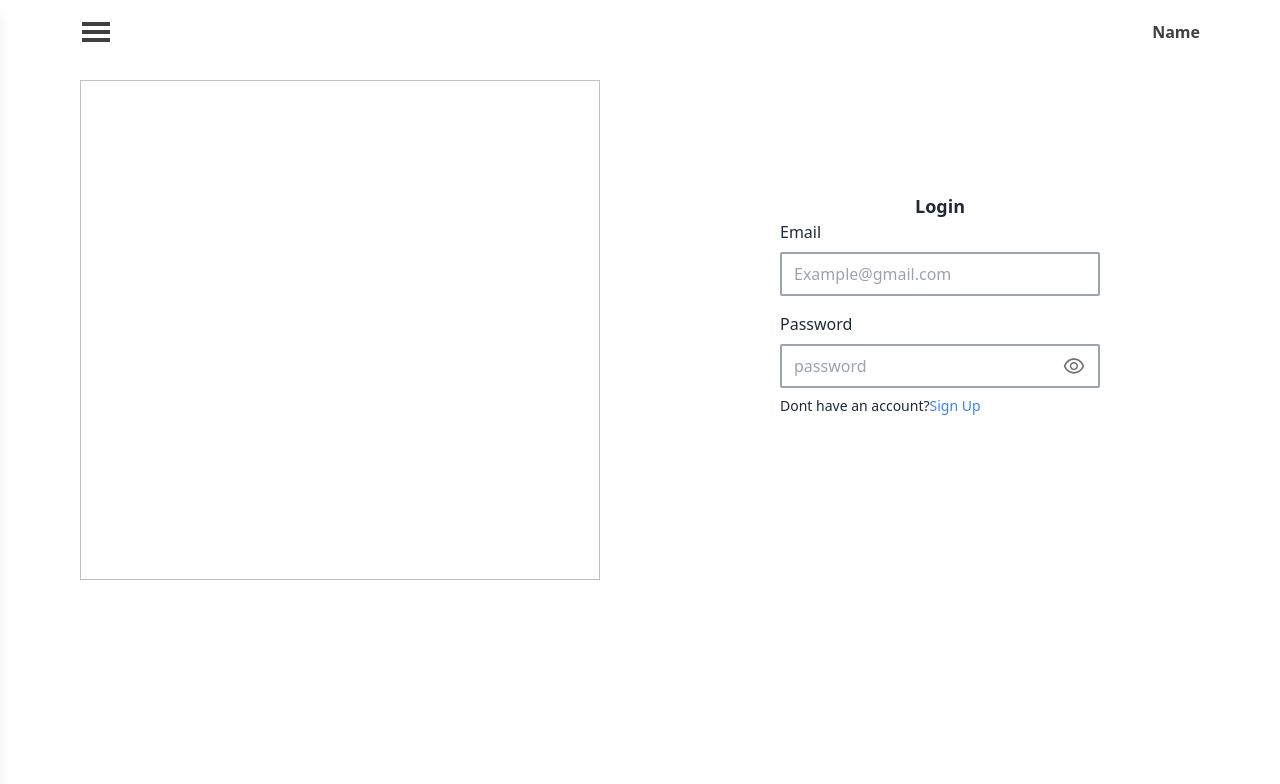
Repository: Sanaa00/HI-user
Page: /
These files come from the project's save history. The page is drawn as it stood at one moment and after the next save; the edit follows.
The browser window is 1280 px wide. The pictures show the whole page.
The project was rebuilt for these pictures with package versions that can differ from the ones it lists, and the page was loaded fresh each time. Also part of the build but not shown: vite.config.js, src/App.css, src/Pages/Home.jsx, src/Pages/Prescription.jsx, src/Components/modalComponent.jsx, src/Pages/Laboratory.jsx, src/Pages/Radiographic.jsx.

Above is the page before, as saved 2024-01-11 17:00:41.

### src/main.jsx
import React from 'react';
import ReactDOM from 'react-dom/client';
import App from './App.jsx';
import './index.css';
import Modal from 'react-modal';
import { BrowserRouter } from 'react-router-dom';
Modal.setAppElement('#root');
ReactDOM.createRoot(document.getElementById('root')).render(
  <React.StrictMode>
    <BrowserRouter>
      {/* <Provider store={store}> */}
      <App />
      {/* </Provider>{' '} */}
    </BrowserRouter>
  </React.StrictMode>,
);

### src/App.jsx
import { Route, Routes } from 'react-router-dom';
import './App.css';
import Home from './Pages/Home';
// import Test from './Pages/Test';
import Navbar from './Components/Navbar';
import Prescription from './Pages/Prescription';
import Laboratory from './Pages/Laboratory';
import Radiographic from './Pages/Radiographic';
import ModalComponent from './Components/modalComponent';
import Login from './Pages/Login';

function App() {
  return (
    <>
      <Navbar />
      <Routes>
        <Route path="/home" element={<Home />} />
        <Route path="/laboratory" element={<Laboratory />}>
          <Route path=":id" element={<ModalComponent />} />
        </Route>
        <Route path="/Radiographic" element={<Radiographic />} />
        <Route path="/Prescription" element={<Prescription />} />
        <Route path="/" element={<Login />} />
        {/* <Route path="products" element={<Products />} />
          <Route path="setting" element={<Setting />} />
          <Route path="hide" element={<HideProducts />} /> */}
        {/* </Route> */}
      </Routes>
    </>
  );
}

export default App;

### src/Components/Navbar.jsx
import { useState } from 'react';
import { Link, NavLink } from 'react-router-dom';
import { GiHamburgerMenu } from 'react-icons/gi';
import { IoCloseSharp } from 'react-icons/io5';
function Navbar() {
  const [open, setOpen] = useState(false);
  return (
    <div className="flex text-neutral-700 top-0 z-50 fixed px-4 sm:px-10 md:px-20 justify-between items-center bg-white h-16 w-full">
      <div
        className={` flex justify-between hover:bg-opacity-80 duration-500 hover:duration-500 items-center w-full h-full text-lg font-bold`}
      >
        <button onClick={() => setOpen(!open)} className="">
          <GiHamburgerMenu className="w-8 h-8" />
        </button>{' '}
        <div
          className={` bg-white rounded-sm  flex flex-col fixed w-4/5 lg:w-96 top-0 z-40 left-0 shadow-lg transform duration-500 ease-in-out ${
            open ? 'translate-x-0' : '-translate-x-full'
          }`}
        >
          <button
            onClick={() => setOpen(!open)}
            className="mt-3 mb-2 left-0 px-3 flex h-16"
          >
            <IoCloseSharp className="w-9 h-9" />
          </button>

          <div className="w-full h-screen flex flex-col text-orange p-4">
            <Link to="/home" onClick={() => setOpen(!open)} className="pb-3">
              Person Information
            </Link>
            <Link
              to="/Radiographic"
              onClick={() => setOpen(!open)}
              className="py-3"
            >
              Radiographic examination
            </Link>
            <Link
              to="/laboratory"
              onClick={() => setOpen(!open)}
              className="py-3"
            >
              Laboratory examination
            </Link>
            <Link
              to="/Prescription"
              onClick={() => setOpen(!open)}
              className="py-3"
            >
              Prescription
            </Link>
          </div>
        </div>
      </div>
      <NavLink to="/home" className="ml-2 font-bold">
        Name
      </NavLink>
    </div>
  );
}

export default Navbar;

### src/Pages/Login.jsx
import { Link, NavLink } from 'react-router-dom';
// import { useLoginMutation } from '../../app/api/auth';
// import { useEffect } from 'react';
import * as Yup from 'yup';
import { Formik, Form, useFormik } from 'formik';
import InputField from '../Components/InputField';
import { useState } from 'react';
// import {
//   // useDispatch,
//   useSelector,
// } from 'react-redux';
// import { addUser } from '../../app/api/userSlice';
import { AiOutlineEyeInvisible, AiOutlineEye } from 'react-icons/ai';
// import '../../../src/index.css';
function Login() {
  //   const [login, { data, isError, isLoading, isSuccess }] = useLoginMutation();
  //   const [thereUSer, setThereUser] = useState('');
  const [showPassword, setShowPassword] = useState(false);
  //   const language = useSelector((state) => state.language.language);
  //   const dispatch = useDispatch();
  const formik = useFormik({
    initialValues: {
      email: '',
      password: '',
    },
    onSubmit: (values, { resetForm }) => {
      //  login(values);

      resetForm({ values: '' });
    },
    validationSchema: Yup.object({
      email: Yup.string().email().required(),
      password: Yup.string().required(),
    }),
  });

  return (
    <div className="mt-16 p-4 sm:px-10 md:px-20  grid  md:grid-cols-2 items-start gap-20  min-h-screen">
      <div className=" justify-center  sm:flex">
        <img
          // src={login}
          className="w-full h-72 sm:h-96 md:h-[500px] object-contain md:object-cover"
        />
      </div>
      <Formik>
        <div className="w-full flex  flex-col items-center justify-center md:mt-28 mt-32 sm:mt-0">
          <p className="font-semibold text-lg text-gray-800 ">Login</p>
          <Form
            onSubmit={formik.handleSubmit}
            className="grid grid-cols-1 mb-10 w-full lg:w-fit"
          >
            <div className="flex flex-col ">
              <label className={` text-gray-800 flex font-english`}>
                Email
              </label>
              <InputField
                name="email"
                placeholder={`Example@gmail.com`}
                id="email"
                value={formik.values.email}
                onBlur={formik.handleBlur}
                onChange={formik.handleChange}
                //  style={language === 'kurdi' ? { textAlign: 'right' } : {}}
              />
              {formik.touched.email && formik.errors.email ? (
                <span className="text-red-400 text-sm">
                  {formik.errors.email}
                </span>
              ) : null}
            </div>

            <div className="mt-4 flex flex-col">
              <label className={`text-gray-800 flex w-full font-english`}>
                Password
              </label>
              <div
                className={`+ w-full lg:w-80 2xl:w-96  pl-3 border-2 rounded-sm border-gray-400 focus:outline-none focus:border-green
      mt-2 px-1 py-2 hover:border-gray-600 duration-500 hover:duration-500  focus:duration-500 flex justify-between items-center`}
              >
                <input
                  type={!showPassword ? 'password' : 'text'}
                  name="password"
                  placeholder={'password'}
                  id="password"
                  value={formik.values.password}
                  onBlur={formik.handleBlur}
                  onChange={formik.handleChange}
                  //    style={language === 'kurdi' ? { textAlign: 'right' } : {}}
                  className="focus:outline-none w-full flex"
                />
                {showPassword ? (
                  <button
                    type="button"
                    className="mr-2"
                    onClick={() => setShowPassword(false)}
                  >
                    <AiOutlineEyeInvisible className="w-6 h-6 text-neutral-500" />
                  </button>
                ) : (
                  <button
                    type="button"
                    className="mr-2"
                    onClick={() => setShowPassword(true)}
                  >
                    <AiOutlineEye className="w-6 h-6 text-neutral-500" />
                  </button>
                )}
              </div>

              {formik.touched.password && formik.errors.password ? (
                <div className="text-red-400 text-sm ">
                  {formik.errors.password}
                </div>
              ) : null}
            </div>

            <p className={` text-gray-800 flex w-full text-sm mt-2`}>
              Dont have an account?
              <Link to="/signup" className="text-blue-500 ">
                Sign Up
              </Link>
            </p>
            <div className="mt-5">
              <NavLink
                to="/home"
                type="submit"
                //  disabled={isLoading}
                className="text-white bg-green py-2 w-full  rounded hover:bg-opacity-80 hover:duration-500 duration-500"
              >
                Login
              </NavLink>
              {/* <div className="text-red-400 text-sm mt-1">{thereUSer}</div> */}
            </div>
          </Form>
        </div>
      </Formik>
    </div>
  );
}

export default Login;

### src/Components/InputField.jsx
/* eslint-disable react/prop-types */
import { Field } from 'formik';
// eslint-disable-next-line react/prop-types
function InputField({
  name,
  placeholder,
  value,
  onChange,
  id,
  type,
  accept,
  style,
}) {
  return (
    <Field
      style={style}
      placeholder={placeholder}
      name={name}
      value={value}
      onChange={onChange}
      id={id}
      type={type}
      multiple
      accept={accept}
      className="w-full lg:w-80 2xl:w-96  pl-3 border-2 rounded-sm border-gray-400 focus:outline-none focus:border-green
      mt-2 px-1 py-2 hover:border-gray-600 duration-500 hover:duration-500 focus:duration-500"
    />
  );
}

export default InputField;

Loaded but not shown: index.html (common file); src/index.css (common file); tailwind.config.js (common file)

After the next save:
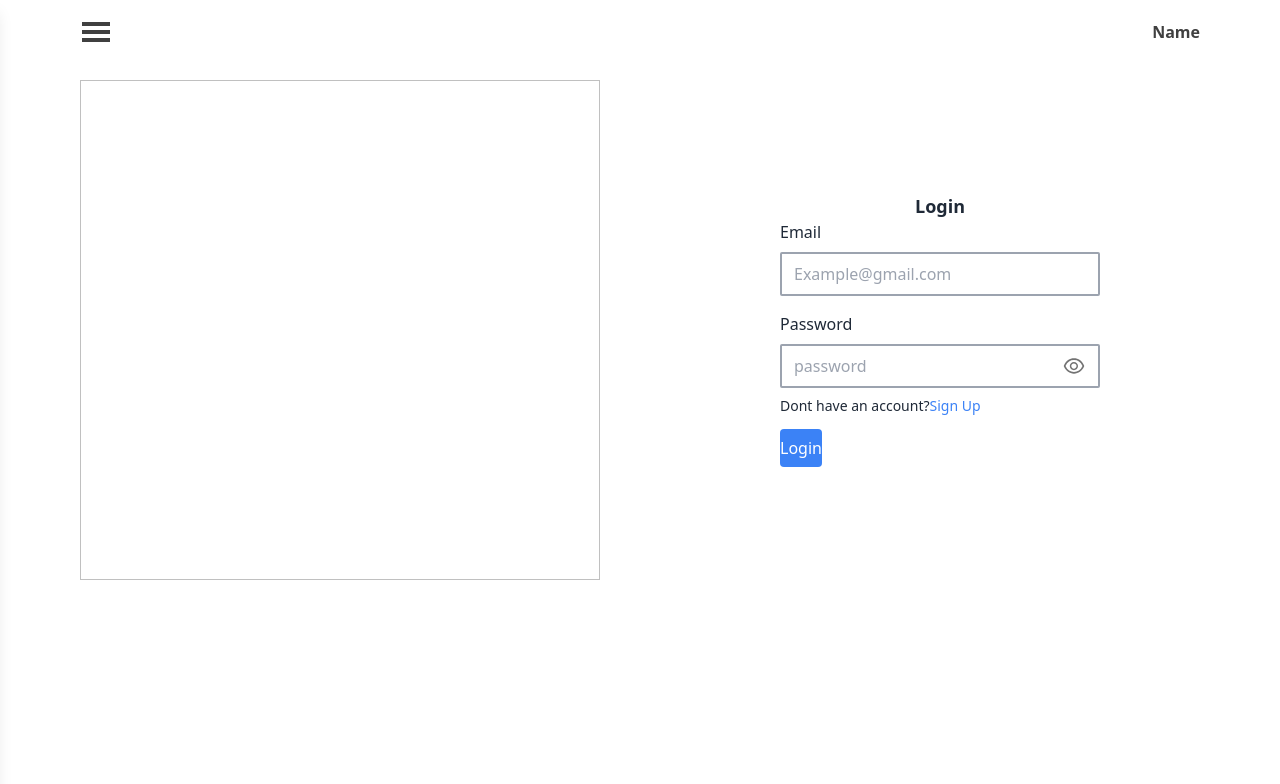
Saved 27 s later.
--- a/src/Pages/Login.jsx
+++ b/src/Pages/Login.jsx
@@ -125,7 +125,7 @@ function Login() {
                 to="/home"
                 type="submit"
                 //  disabled={isLoading}
-                className="text-white bg-green py-2 w-full  rounded hover:bg-opacity-80 hover:duration-500 duration-500"
+                className="text-white bg-blue-500 py-2 w-full  rounded hover:bg-opacity-80 hover:duration-500 duration-500"
               >
                 Login
               </NavLink>
